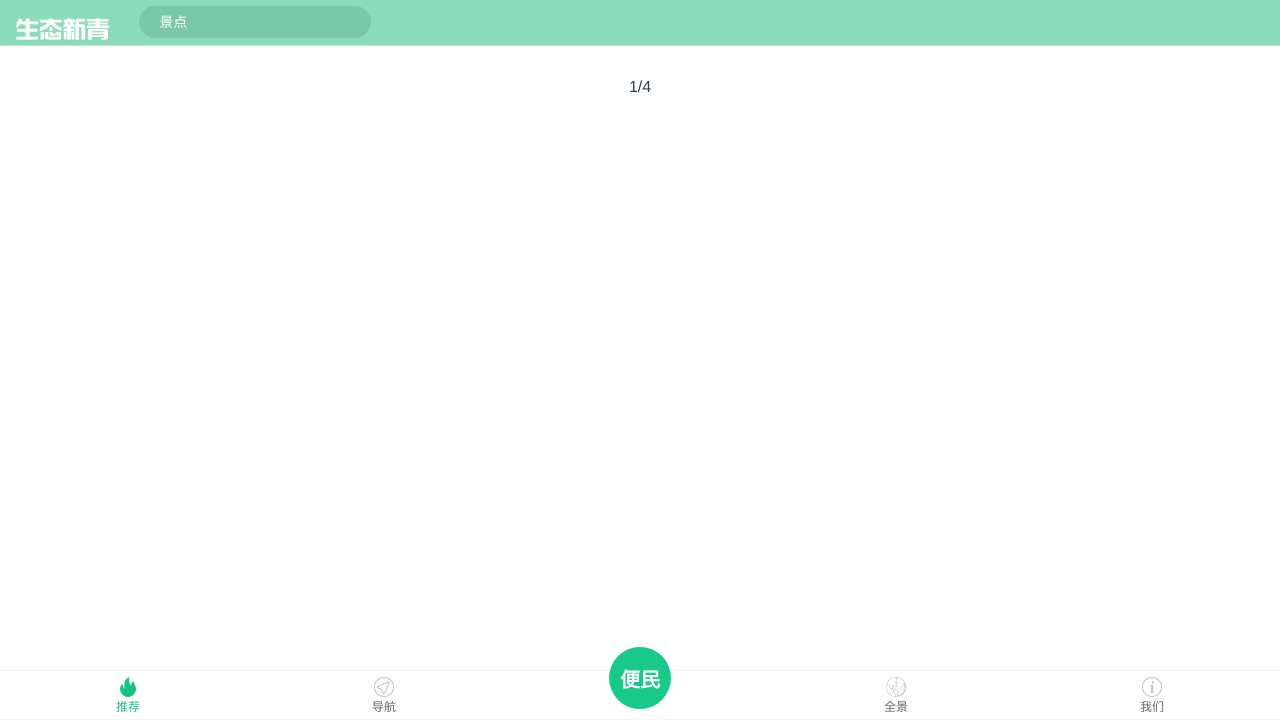
Repository: huye123/stcq
Page: /
The author's editor kept a copy of each file at every save. The page is drawn from the files as they stood at one save, then again after a run of saves.
The browser window is 1280 px wide. The pictures show the whole page.
The project was rebuilt for these pictures with package versions that can differ from the ones it lists, and the page was loaded fresh each time. Also part of the build but not shown: src/components/search.vue.

Above is the page before, as saved 2019-06-29 09:36:25.

After the next 5 saves:
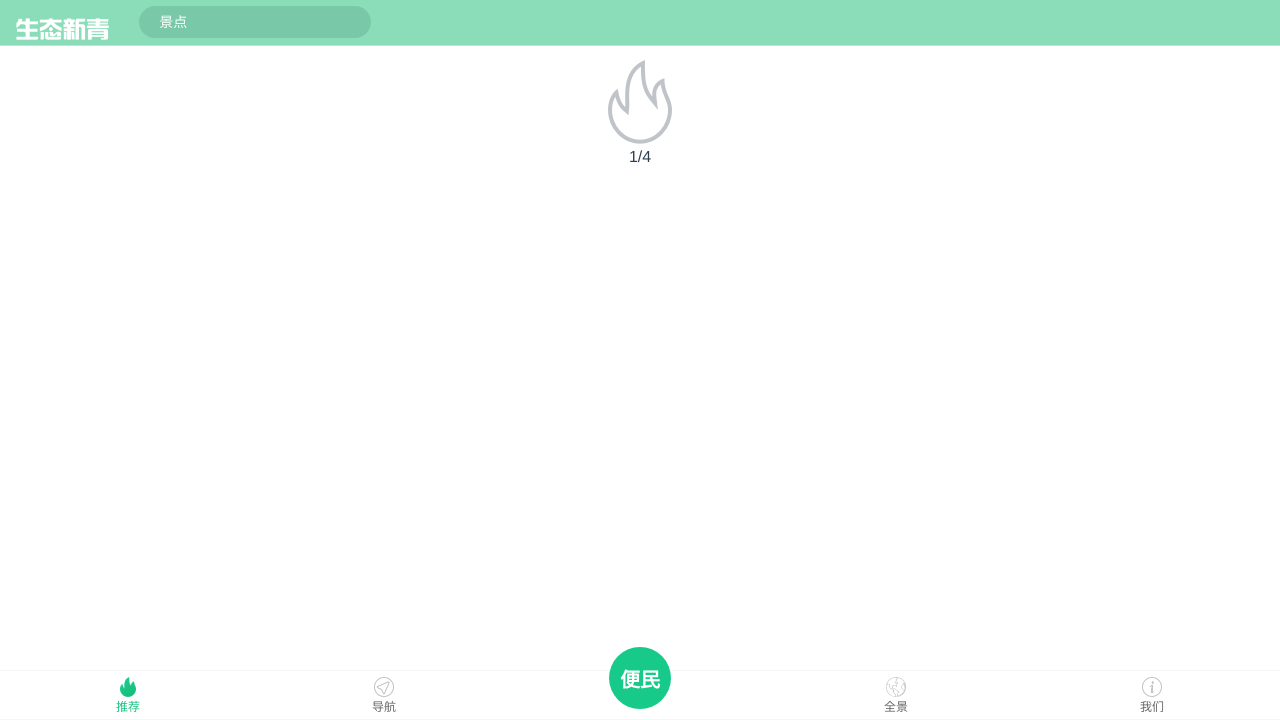
The 5 saves are shown as one change because 1 did not build or start and some came seconds apart.
The last was saved 56 s later.
--- a/src/components/HelloWorld.vue
+++ b/src/components/HelloWorld.vue
@@ -34,6 +34,7 @@ export default {
     return {
        current: 0,
        banner:{
+         imgFirst:'static/image/tuijian-n.png',
 
        }
 
